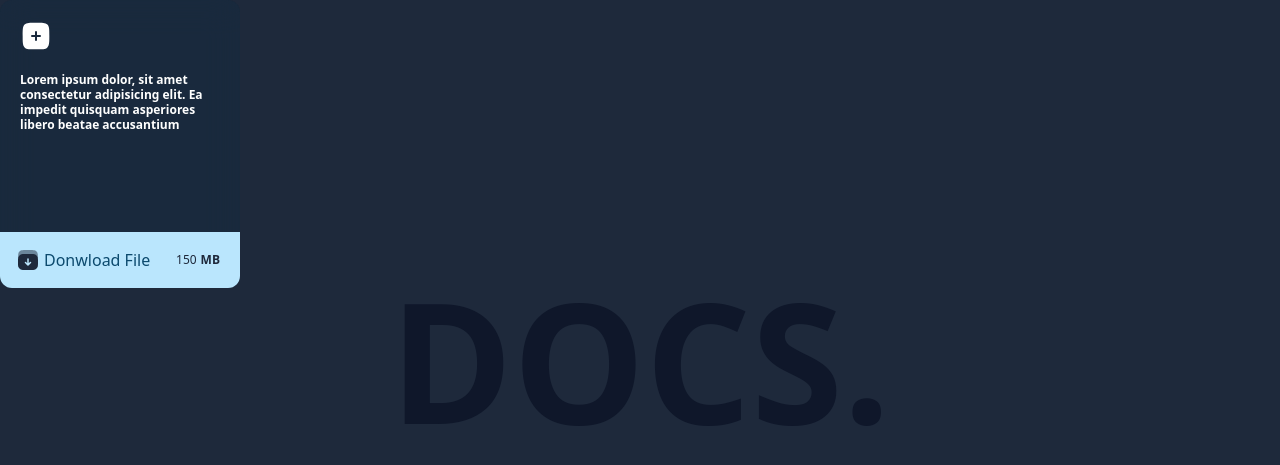
Repository: aliakbarmotallebi/framer-react
Page: /
The author's editor kept a copy of each file at every save. The page is drawn from the files as they stood at one save, then again after the next save.
The browser window is 1280 px wide. The pictures show the whole page.
The project was rebuilt for these pictures with package versions that can differ from the ones it lists, and the page was loaded fresh each time.

Above is the page before, as saved 2024-08-14 22:39:36.

After the next save:
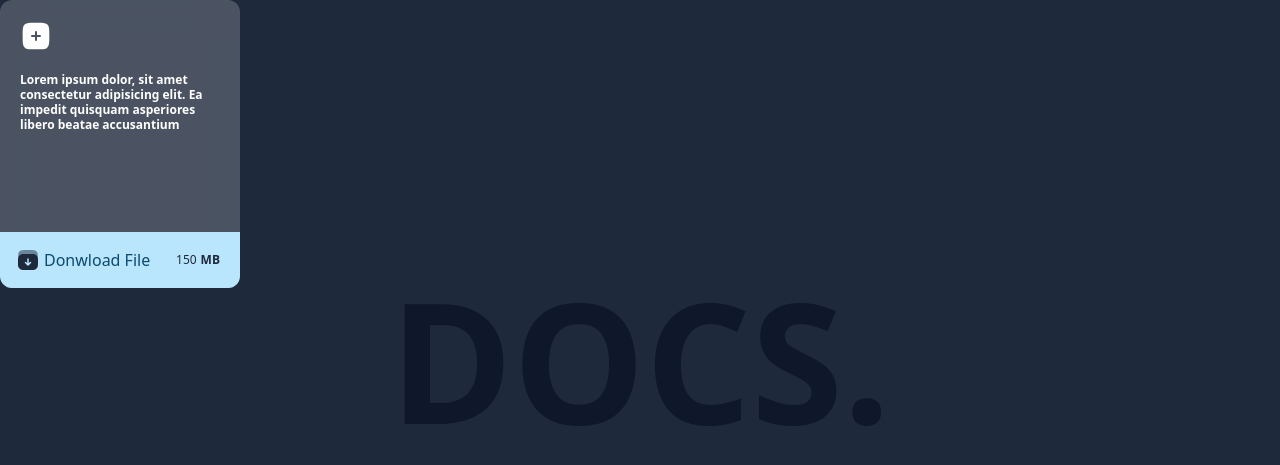
Saved 12 s later.
--- a/src/components/Card.jsx
+++ b/src/components/Card.jsx
@@ -4,7 +4,7 @@ import { motion } from "framer-motion";
 class Card extends Component {
     render() {
         return (
-            <motion.div drag className="w-60 h-72 rounded-xl bg-sky-950/20 backdrop-blur-lg p-5 text-white relative overflow-hidden">
+            <motion.div drag className="w-60 h-72 rounded-xl bg-white/20 backdrop-blur-lg p-5 text-white relative overflow-hidden">
                 <svg xmlns="http://www.w3.org/2000/svg" className="w-8 h-8" viewBox="0 0 24 24"><path fill="currentColor" fill-rule="evenodd" d="M12 22c-4.714 0-7.071 0-8.536-1.465C2 19.072 2 16.714 2 12s0-7.071 1.464-8.536C4.93 2 7.286 2 12 2s7.071 0 8.535 1.464C22 4.93 22 7.286 22 12s0 7.071-1.465 8.535C19.072 22 16.714 22 12 22m0-13.75a.75.75 0 0 1 .75.75v2.25H15a.75.75 0 0 1 0 1.5h-2.25V15a.75.75 0 0 1-1.5 0v-2.25H9a.75.75 0 0 1 0-1.5h2.25V9a.75.75 0 0 1 .75-.75" clip-rule="evenodd"/></svg>
                 <p className="text-xs leading-tight mt-5 font-semibold">
                     Lorem ipsum dolor, sit amet consectetur adipisicing elit. Ea impedit quisquam asperiores libero beatae accusantium
